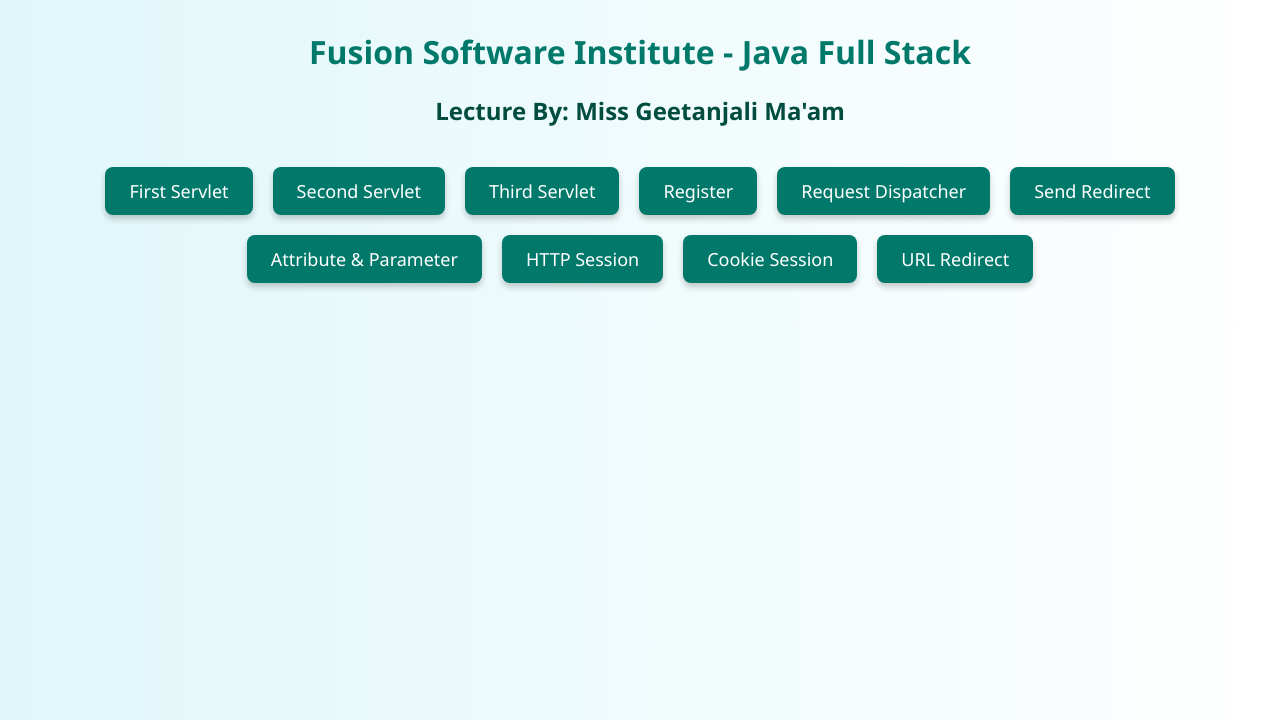
Repository: AkshayKPrajapati/CodingHub
Page: http://localhost/Servlet/Index.html
An editor plug-in stored every save of this project. The page is shown before and after the next save, followed by the edit.
The browser window is 1280 px wide. The pictures show the whole page.
The page is served by Tomcat 9. Other server files are loaded and not shown.

Above is the page before, as saved 2025-10-21 12:52:35.

### Servlet/WebContent/Index.html
<!DOCTYPE html>
<html lang="en">
<head>
  <meta charset="UTF-8">
  <title>Fusion Software Institute - Java Full Stack</title>

  <style>
    /* --- Page Layout --- */
    body {
      font-family: "Segoe UI", Tahoma, Geneva, Verdana, sans-serif;
      background: linear-gradient(to right, #e0f7fa, #ffffff);
      margin: 0;
      padding: 0;
      text-align: center;
    }

    h1 {
      color: #00796b;
      margin-top: 30px;
    }

    h2 {
      color: #004d40;
      margin-bottom: 40px;
    }

    /* --- Button Container --- */
    .container {
      display: flex;
      flex-wrap: wrap;
      justify-content: center;
      gap: 20px;
      padding: 0 20px 40px;
    }

    /* --- Link Buttons --- */
    .container a {
      text-decoration: none;
      background-color: #00796b;
      color: #ffffff;
      padding: 12px 24px;
      border-radius: 8px;
      font-size: 18px;
      transition: all 0.3s ease;
      box-shadow: 0 4px 6px rgba(0, 0, 0, 0.2);
      display: inline-block;
    }

    .container a:hover {
      background-color: #004d40;
      transform: scale(1.05);
    }
  </style>
</head>

<body>
  <h1>Fusion Software Institute - Java Full Stack</h1>
  <h2>Lecture By: Miss Geetanjali Ma'am</h2>

  <div class="container">
    <a href="firstServlet">First Servlet</a>
    <a href="secondServlet">Second Servlet</a>
    <a href="thirdServlet">Third Servlet</a>
    <a href="register.html">Register</a>
    <a href="requestDispatcher.html">Request Dispatcher</a>
    <a href="sendRedirect.html">Send Redirect</a>
    <a href="attributeParameter.html">Attribute & Parameter</a>
    <a href="httpSession.html">HTTP Session</a>
    <a href="cookies.html">Cookie Session</a>
    <a href="urlRedirect.html">URL Redirect</a>
  </div>
</body>
</html>

After the next save:
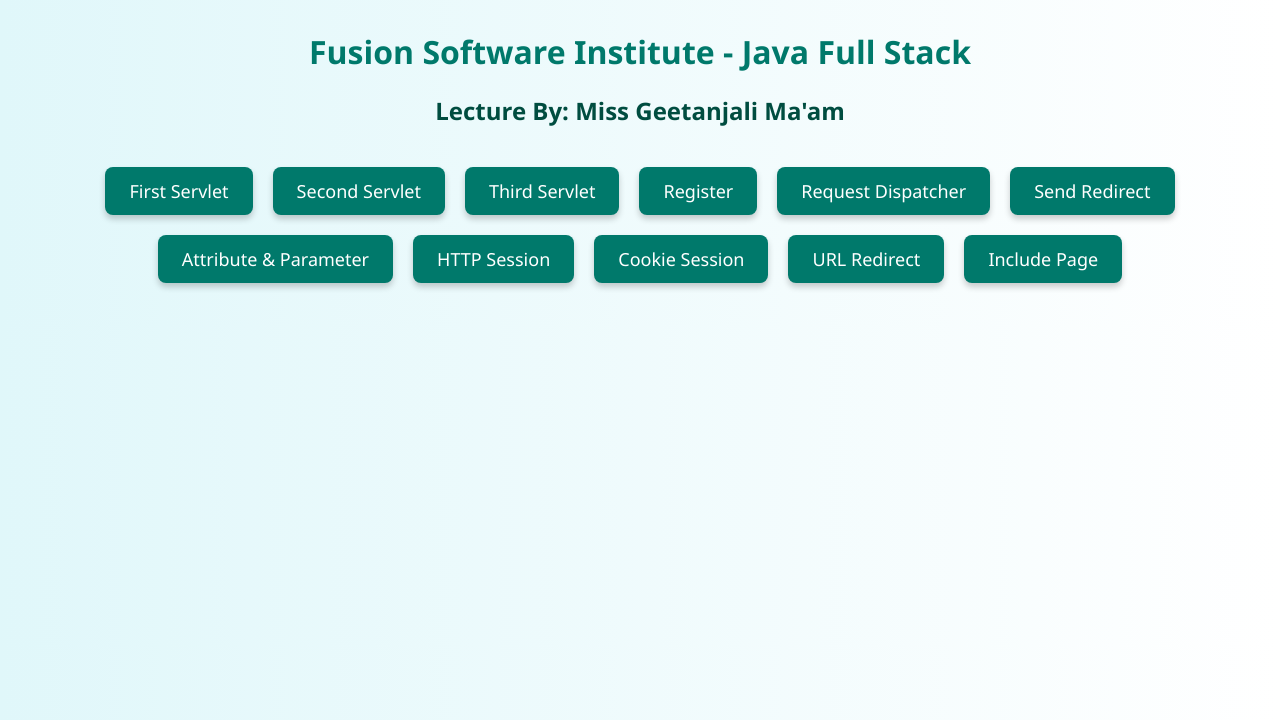
Saved 27 s later.
--- a/Servlet/WebContent/Index.html
+++ b/Servlet/WebContent/Index.html
@@ -68,6 +68,7 @@
     <a href="httpSession.html">HTTP Session</a>
     <a href="cookies.html">Cookie Session</a>
     <a href="urlRedirect.html">URL Redirect</a>
+    <a href="Include.jsp">Include Page </a>
   </div>
 </body>
 </html>
